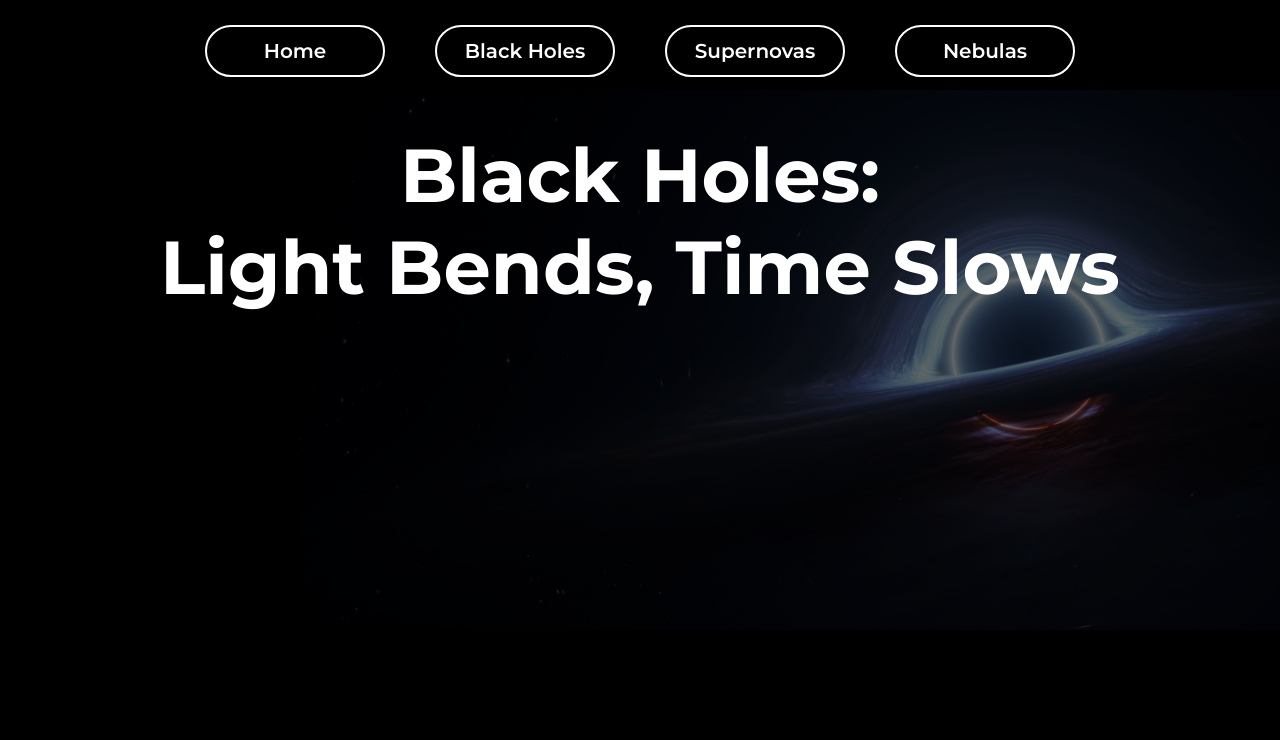
Repository: english-only/Space-Website
Page: black_hole.html
These files come from the project's save history. The page is drawn as it stood at one moment and after a run of saves; the edit follows.
The browser window is 1280 px wide. The pictures show the whole page.
The pointer rests on the first visible `.page-2-hero`.
Backgrounds fixed to the window are drawn as part of the page.

Above is the page before, as saved 2024-12-16 09:42:44.

### black_hole.html
<!DOCTYPE html>
<html lang="en">
  <head>
    <meta charset="utf-8" />
    <meta http-equiv="X-UA-Compatible" content="IE=edge" />
    <title>Welcome to Space</title>
    <meta name="viewport" content="width=device-width, initial-scale=1" />
    <link rel="stylesheet" type="text/css" media="screen" href="main.css" />
  </head>
  <body>
    <div class="background-2 fade-in"></div>
    <div class="wrapper fade-in">
      <nav class="navbar fade-in">
        <a href="index.html"
          ><button class="nav-button fade-in">Home</button></a
        >
        <a href="black_hole.html"
          ><button class="nav-button fade-in">Black Holes</button></a
        >
        <a href="supernovas.html"
          ><button class="nav-button fade-in">Supernovas</button></a
        >
        <a href="nebulas.html"
          ><button class="nav-button fade-in">Nebulas</button></a
        >
      </nav>
      <div class="page-2-hero fade-in">
        <h2>Black Holes:<br />Light Bends, Time Slows</h2>
      </div>
    </div>
  </body>
</html>

### main.css
@import url('https://fonts.googleapis.com/css2?family=Montserrat:ital,wght@0,100..900;1,100..900&display=swap');
@keyframes fadeIn {
  from {
    opacity: 0;
  }
  to {
    opacity: 1;
  }
}

/* Fade-in class to be used on elements */
.fade-in {
  opacity: 0; /* Start invisible */
  animation: fadeIn 1s ease-in forwards; /* Apply fade-in animation */
}
body,
html {
  /* Ensure the body and html take full height */
  height: 100%;
  margin: 0;
  font-family: 'Montserrat';
  font-weight: 400;
  color: white;
}

body {
  /* Set a fallback background color */
  background-color: black;
}

.background {
  background-attachment: fixed;
  background-image: url('essay-gettyimages-1237093074.webp');
  background-size: cover;
  background-position: center;
  background-repeat: no-repeat;
  position: fixed; /* Keep background fixed while scrolling */
  height: 100vh;
  width: 100%;
  filter: brightness(25%);
  top: 0;
  left: 0;
  z-index: -10;
}

.wrapper {
  display: flex;
  flex-direction: column;
  justify-content: flex-start; /* Align items to the top */
  align-items: center; /* Center items horizontally */
  height: 100vh;
  position: relative;
  padding-top: 20px;
  opacity: 0; /* Start invisible */
  animation: fadeIn 0.5s ease-in forwards; /* Apply fade-in animation */
}

.navbar {
  display: flex;
  gap: 50px;
  margin-top: 5px; /* Adjust as needed for spacing from the top */
}

.nav-button {
  padding: 12px 20px;
  border: 2px solid white;
  background-color: rgba(0, 0, 0, 0.5);
  color: white;
  font-size: 16px;
  cursor: pointer;
  transition: background-color 0.3s, color 0.3s;
  font-family: 'Red Hat Display';
  font-weight: 600;
  font-size: 20px;
  width: 180px;
  border-radius: 800px;
  font-family: Montserrat;
}

.nav-button:hover {
  background-color: white;
  color: black;
}

.hero-text {
  color: white;
  font-size: 50px;
  font-weight: 700;
  text-align: center;
  padding: 0; /* Remove padding to minimize hover area */
  display: inline-block; /* Restrict hover area to text content */
  transition: text-shadow 0.3s ease-in-out, transform 0.3s ease-in-out; /* Smooth transition */
}

.hero-text:hover {
  text-shadow: 2px 2px 5px rgba(255, 255, 255, 0.7); /* White shadow */
  transform: translateY(-10px); /* Raised effect */
}

@keyframes fadeInOut {
  0% {
    opacity: 0.5;
  }
  50% {
    opacity: 1;
  }
  100% {
    opacity: 0.5;
  }
}

.card-wrapper {
  display: flex;
  flex-direction: column; /* Stack cards vertically */
  align-items: center; /* Center cards horizontally */
  margin-top: 50px; /* Adjusts space from the top */
}

.row {
  display: flex;
  gap: 650px; /* Space between the cards */
  justify-content: center; /* Center the row */
  align-items: flex-start; /* Align cards to the top */
}

.black_hole {
  margin-left: -100px; /* Move the Black Holes card to the left */
  width: 500px;
}

.black_hole a {
  margin-left: 110px;
}

.cards {
  font-size: 25px;
  color: white;
  margin-left: 20px; /* Adds space to the left */
  box-sizing: border-box;
  position: relative;
  top: -450px; /* Moves the element upwards */
  margin-left: -20px;
  text-align: center;
}

.cards a {
  color: white;
  text-decoration: none;
  border: white 2px solid;
  display: inline-block;
  text-align: center;
  box-sizing: border-box;
  padding: 6px 20px;
  line-height: normal;
  transition: text-shadow 0.3s ease-in-out, transform 0.3s ease-in-out,
    background-color 0.3s ease-in-out, color 0.3s ease-in-out;
  border-radius: 600px;
}

.cards a:hover {
  text-shadow: 2px 2px 5px rgba(255, 255, 255, 0.7);
  transform: translateY(-5px);
  background-color: rgb(223, 223, 223);
  color: black;
}

.cards a h3 {
  margin: 0;
  padding: 0;
}

.cards p {
  margin-top: 15px;
  width: 600px; /* Adjust width to fit within card */
}

.cards p:hover {
  text-shadow: 2px 2px 5px rgba(255, 255, 255, 0.6);
  transform: translateY(-5px);
  transition: text-shadow 0.3s ease-in-out, transform 0.3s ease-in-out;
}

.nebula-card {
  margin-top: 100px;
}

.nebula-card a {
  justify-content: center;
  align-items: center;
  margin-left: 40px;
}

.nebula-card p {
  text-align: left;
  text-wrap: pretty;
  text-align: left; /* Align text to the left */
  width: 100%; /* Ensure the card takes the full width */
  margin-left: 100px;
  margin-right: 200px;
  max-width: 1750px;
  text-align: center; /* Align text to the center */
}

.videos {
  margin-top: -190px; /* Adjust the space below the Nebula card */
  text-align: center;
  width: 100%; /* Ensure it takes the full width */
  text-decoration: underline;
}

.videos h2 {
  position: relative; /* Ensure the text is positioned in normal flow */
  z-index: 1; /* Make sure it's above other content */
  pointer-events: auto; /* Allow text selection */
  overflow: visible; /* Ensure text is not clipped */
}

.video-links {
  display: grid;
  grid-template-columns: repeat(3, 400px); /* 3 columns, each 400px wide */
  grid-template-rows: repeat(2, 400px); /* 3 rows, each 400px tall */
  gap: 100px; /* Space between grid items */
  justify-content: center; /* Center the grid horizontally within the container */
  align-items: center; /* Center the grid items vertically */
  margin-top: -120px; /* Space above the grid (adjust this to decrease the gap) */
  margin-left: 160px;
}

.button-container {
  display: contents; /* Ensure buttons are placed directly in the grid */
}

.button-container a {
  display: block; /* Ensure buttons occupy full width of their grid cell */
  width: 200px; /* Full width of the grid cell */
  text-align: center;
  color: white;
  font-size: 20px;
  text-decoration: none; /* Remove underline */
  border: 2px solid white;
  padding: 8px 12px;
  border-radius: 600px;
  height: 30px;
  transition: background-color 0.3s, color 0.3s;
  margin-bottom: 10px; /* Decrease the space between the buttons and the text below */
}

.button-container a:hover {
  background-color: white;
  color: black;
  text-decoration: underline;
  font-weight: 500;
}

.images {
  display: contents; /* Ensure images are placed directly in the grid */
}

.black-hole-image,
.supernova-image,
.nebula-image {
  width: 100%; /* Full width of the grid cell */
  border: 2px solid white;
  border-radius: 20px;
  margin-top: -630px; /* Decrease the space between the images and the buttons above */
  margin-left: -10px;
}

.black-hole-image {
  width: 100%; /* Full width of the grid cell */
  border: 2px solid white;
  border-radius: 20px;
  margin-top: -630px; /* Decrease the space between the images and the buttons above */
  margin-left: -95px;
}

.supernova-image {
  width: 100%; /* Full width of the grid cell */
  border: 2px solid white;
  border-radius: 20px;
  margin-top: -630px; /* Decrease the space between the images and the buttons above */
  margin-left: -95px;
}

.nebula-image {
  height: 270px;
  width: auto;
  border: 2px solid white;
  border-radius: 20px;
  margin-top: -630px; /* Decrease the space between the images and the buttons above */
  margin-left: -125px;
}

/* page 2 from below */
.background-2 {
  background-attachment: fixed;
  background-image: url('thumb-1920-1346075.png');
  background-size: contain;
  background-position: 300px;
  background-repeat: no-repeat;
  position: fixed; /* Keep background fixed while scrolling */
  height: 100vh;
  width: 100%;
  filter: brightness(40%);
  z-index: -1; /* Place the background behind other content */
}

.page-2-hero {
  color: white;
  font-size: 50px;
  font-weight: 700;
  text-align: center;
  padding: 0; /* Remove padding to minimize hover area */
  display: inline-block; /* Restrict hover area to text content */
  transition: text-shadow 0.3s ease-in-out, transform 0.3s ease-in-out; /* Smooth transition */
}

.page-2-hero:hover {
  text-shadow: 3px 3px px rgba(255, 255, 255, 0.7); /* White shadow */
  transform: translateY(-10px); /* Raised effect */
}
@keyframes fadeIn {
  from {
    opacity: 0;
  }
  to {
    opacity: 1;
  }
}

After the next 2 saves:
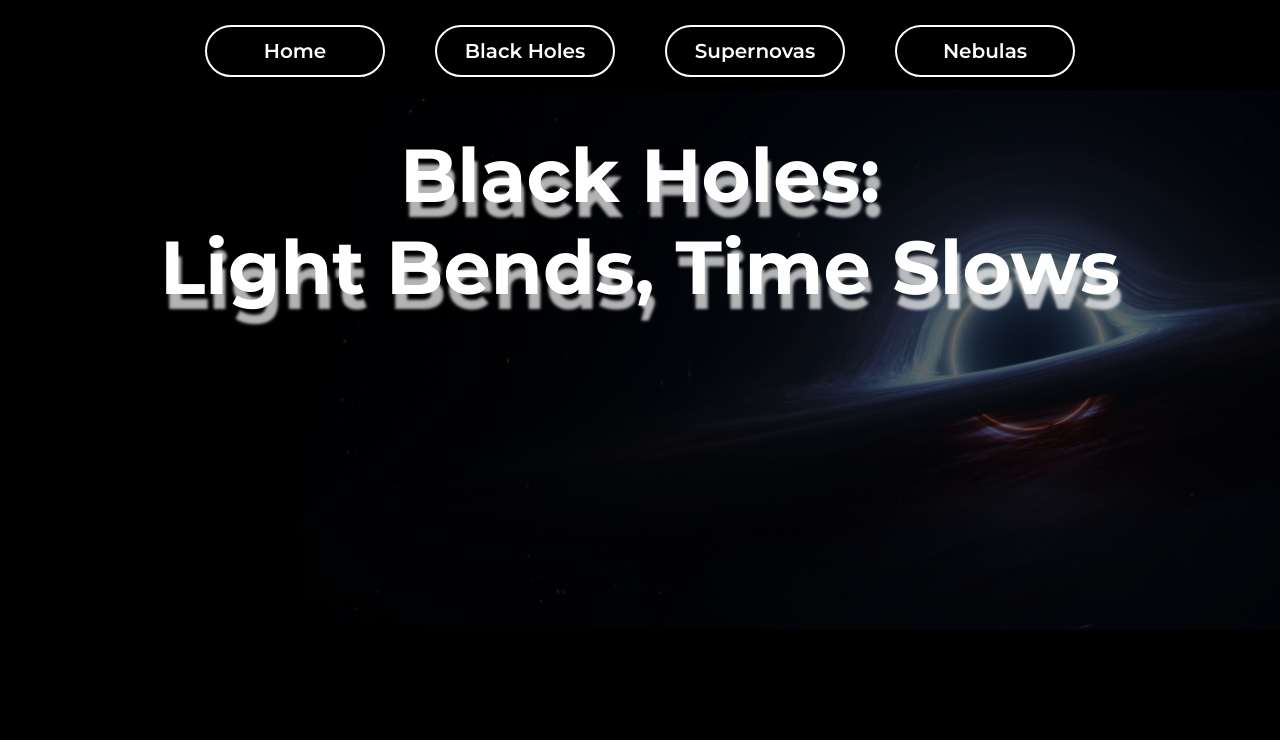
The 2 saves are shown as one change because they came seconds apart.
The last was saved 6 s later.
--- a/main.css
+++ b/main.css
@@ -316,7 +316,7 @@ body {
 }
 
 .page-2-hero:hover {
-  text-shadow: 3px 3px px rgba(255, 255, 255, 0.7); /* White shadow */
+  text-shadow: 3px 15px 3px rgba(255, 255, 255, 0.7); /* White shadow */
   transform: translateY(-10px); /* Raised effect */
 }
 @keyframes fadeIn {
